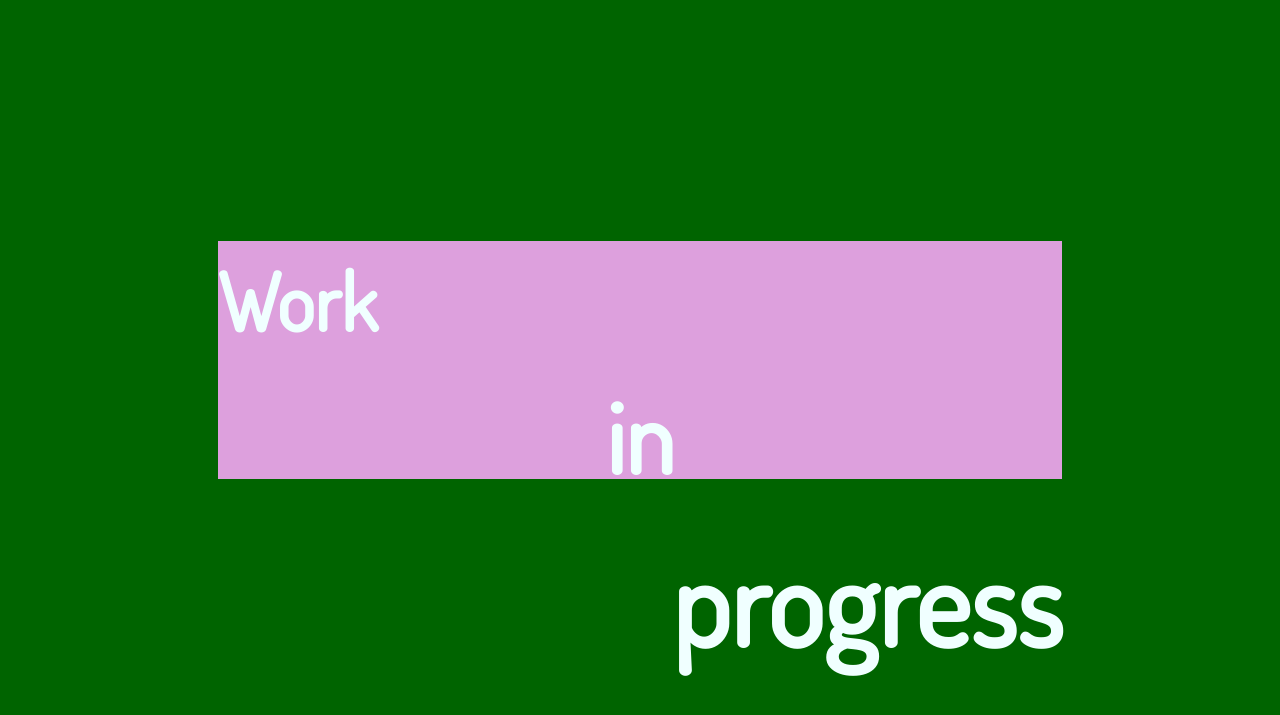
Repository: NollieChtn6/NollieChtn6.github.io
Page: index.html
These files come from the project's save history. The page is drawn as it stood at one moment and after the next save; the edit follows.
The browser window is 1280 px wide. The pictures show the whole page.

Above is the page before, as saved 2023-11-10 18:20:28.

After the next save:
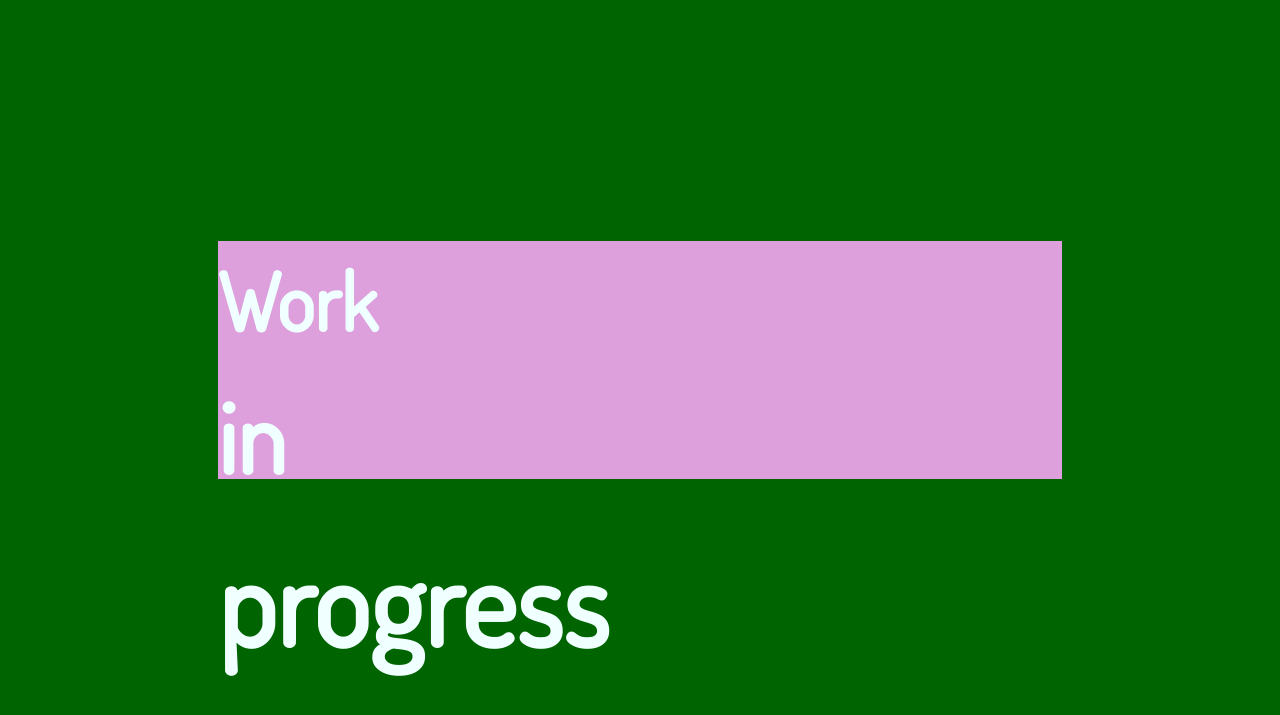
Saved 29 s later.
--- a/css/style.css
+++ b/css/style.css
@@ -70,11 +70,11 @@ h1 {
 }
 
 .main__title--level-2 {
-  align-self: center;
+  /* align-self: center; */
   font-size: 10rem;
 }
 
 .main__title--level-3 {
-  align-self: end;
+  /* align-self: end; */
   font-size: 12rem;
 }
